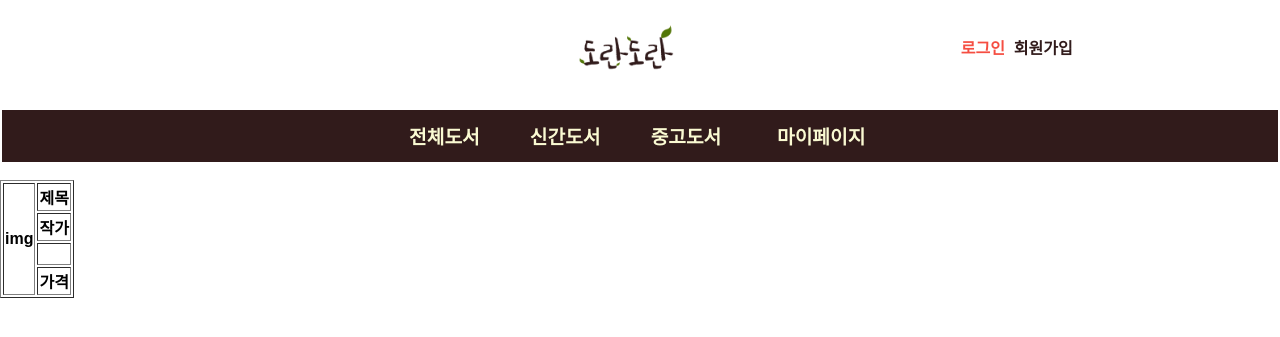
Repository: juhyun110701/DORANDORAN
Page: http://localhost/dorandoran/
The author's editor kept a copy of each file at every save. The page is drawn from the files as they stood at one save, then again after the next save.
The browser window is 1280 px wide. The pictures show the whole page.
Some web fonts or font styles are not loaded; a fallback is used. The page is served by Tomcat 9. Queries for data that is not in the repository find no rows.

Above is the page before, as saved 2019-07-31 11:41:57.

After the next save:
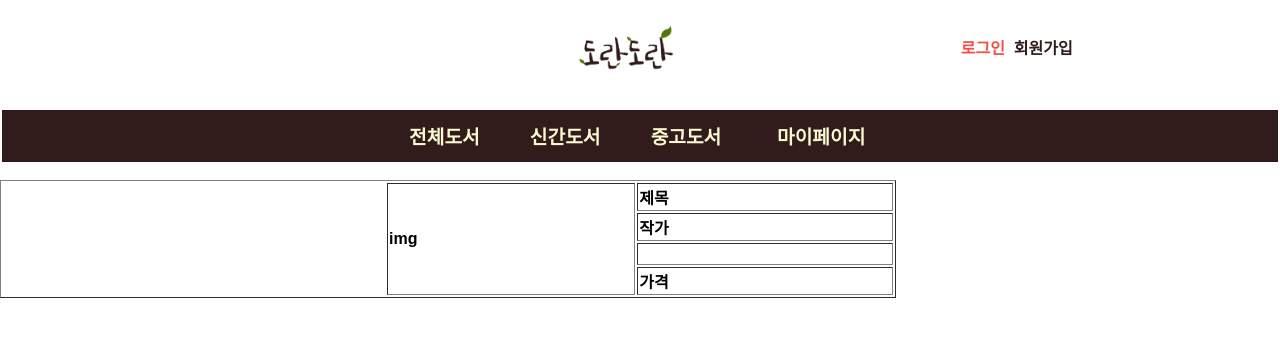
Saved 34 s later.
--- a/dorandoran/WebContent/index.jsp
+++ b/dorandoran/WebContent/index.jsp
@@ -15,7 +15,7 @@
 </head>
 <body>
 <jsp:include page="top.jsp" flush="false"/><p>
-<table border=1>
+<table border=1 width="70%" style="padding-left:30%">
 	<tr>
 		<td rowspan=4>img</td>
 		<td>제목</td>
